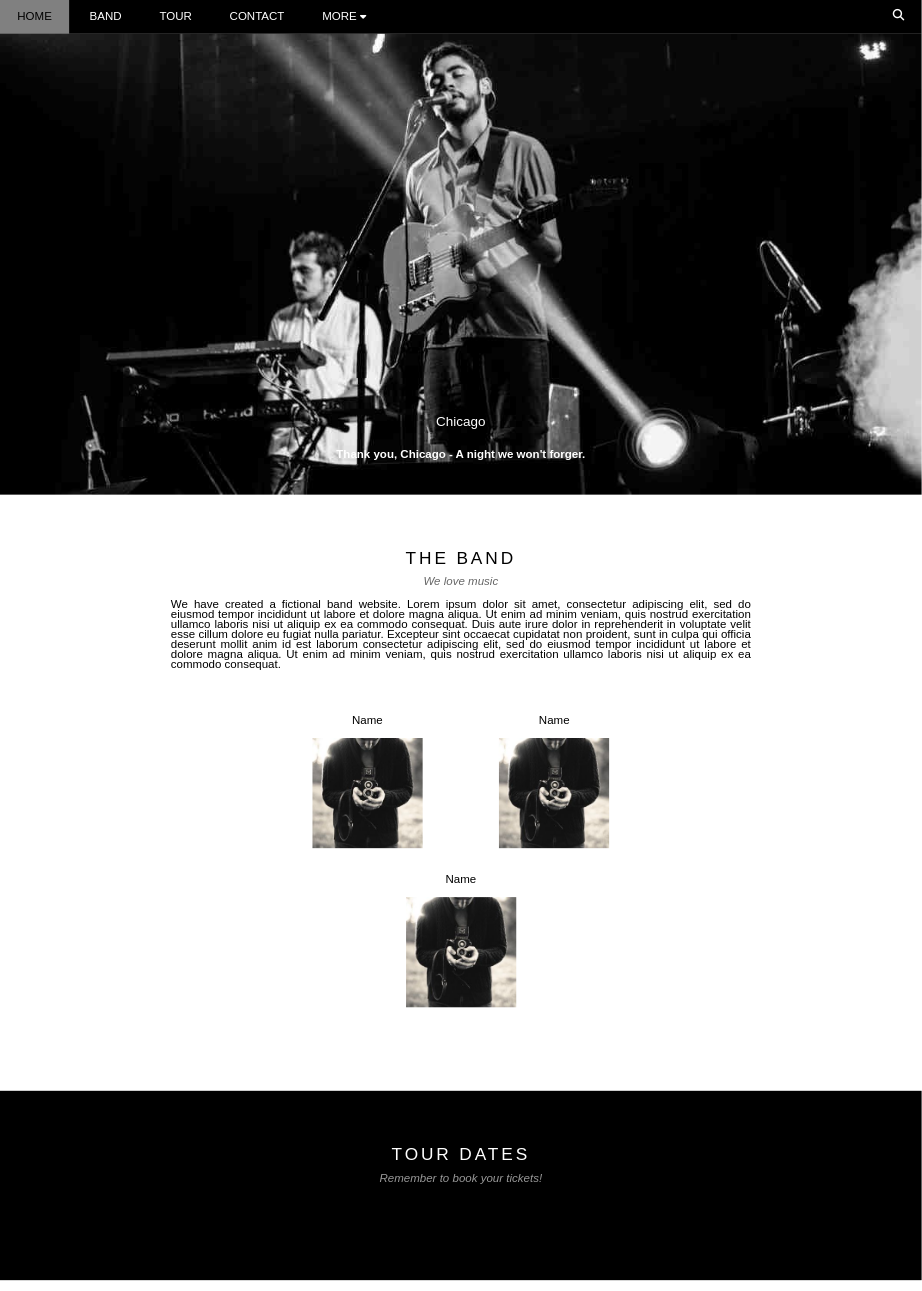
Repository: ngotranphuongbao/theband
Page: index.html
An editor plug-in stored every save of this project. The page is shown before and after the next save, followed by the edit.
The browser window is 1280 px wide. The pictures show the whole page, at 72% of full size.
Some web libraries are served in a nearby version.

Above is the page before, as saved 2022-12-21 02:19:05.

### index.html
<!DOCTYPE html>
<html lang="en">
<head>
    <meta charset="UTF-8">
    <meta http-equiv="X-UA-Compatible" content="IE=edge">
    <meta name="viewport" content="width=device-width, initial-scale=1.0">
    <title>Document</title>
    <link rel="stylesheet" href="./assets/css/style.css">
    <script src="https://kit.fontawesome.com/55a0c61423.js" crossorigin="anonymous"></script>
</head>
<body>
    <div id="main">
        <div id="header">
            <ul class="nav">
                <li><a href="">Home</a></li>
                <li><a href="">Band</a></li>
                <li><a href="">Tour</a></li>
                <li><a href="">Contact</a></li>
                <li>
                    <a href="">
                        More
                        <i class="fa-solid fa-caret-down"></i>
                    </a>
                    <ul class="subnav">
                        <li><a href="">Merchandise</a></li>
                        <li><a href="">Extras</a></li>
                        <li><a href="">Media</a></li>
                    </ul>
                </li>
            </ul>

            <div id="search-icon">
                <i class="fa-solid fa-magnifying-glass"></i>
            </div>
        </div>

        <div id="slider">
            <div id="slider-content">
                <h3>Chicago</h3>
                <p>
                    <b>Thank you, Chicago - A night we won't forger.</b>
                </p>
            </div>
        </div>

        <div id="content">
            <div id="the-band">
                <div class="section-name">
                    <h2 class="name">The Band</h2>
                    <p class="slogan">We love music</p>
                </div>
                <p id="the-band-content">We have created a fictional band website. Lorem ipsum dolor sit amet, consectetur adipiscing elit, sed do eiusmod tempor incididunt ut labore et dolore magna aliqua. Ut enim ad minim veniam, quis nostrud exercitation ullamco laboris nisi ut aliquip ex ea commodo consequat. Duis aute irure dolor in reprehenderit in voluptate velit esse cillum dolore eu fugiat nulla pariatur. Excepteur sint occaecat cupidatat non proident, sunt in culpa qui officia deserunt mollit anim id est laborum consectetur adipiscing elit, sed do eiusmod tempor incididunt ut labore et dolore magna aliqua. Ut enim ad minim veniam, quis nostrud exercitation ullamco laboris nisi ut aliquip ex ea commodo consequat.</p>
                <div id="member">
                    <div class="member-info">
                        <p class="member-nick">Name</p>
                        <img class="member-photo" src="/assets/image/member/bandmember.jpg" alt="">
                    </div>
                    <div class="member-info">
                        <p class="member-nick">Name</p>
                        <img class="member-photo" src="/assets/image/member/bandmember.jpg" alt="">
                    </div>
                    <div class="member-info">
                        <p class="member-nick">Name</p>
                        <img class="member-photo" src="/assets/image/member/bandmember.jpg" alt="">
                    </div>
                </div>
            </div>

            <div id="tour-dates">
                <div class="section-name">
                    <h2 class="name">Tour dates</h2>
                    <p class="slogan">Remember to book your tickets!</p>
                </div>

                <ul id="book-date">
                    <li></li>
                    <li></li>
                    <li></li>
                </ul>

            </div>

            <div id="contact">
                <div class="section-name">
                    <h2 class="name"></h2>
                    <p class="slogan"></p>
                </div>
            </div>

            <div id="map">

            </div>


        </div>

        <div id="footer">

        </div>
    </div>

</body>
</html>

### assets/css/style.css
* {
    padding: 0px;
    margin: 0px;
    box-sizing: border-box;
}

html {
    font-family: Arial, Helvetica, sans-serif;
}

#main {

}

#header {
    height: 46.5px;
    background-color: black;
}

.nav {
    display: inline-block;
}

.nav > li {
    display: inline-block;
    padding: 12px 24px;
    position: relative;
}

.nav > li > a {
    text-decoration: none;
    text-transform: uppercase;
    color: white;
    line-height: 22.5px;
}

.nav > li:hover {
    background-color: grey;
}

.nav > li:hover > a {
    color: black;

}

.subnav {
    display: none;
    position: absolute;
    top: 46.5px;
    left: 0px;
    box-shadow: 0px 0px 10px rgba(0, 0, 0, 0.3);
}

.subnav > li {
    display: inline-block;
    padding: 8px 16px;
    width: 100%;
}

.subnav > li > a {
    text-decoration: none;
    color: black;
}

.subnav > li:hover {
    background-color: grey;
}

.nav > li:hover .subnav {
    display: block;
}

.fa-caret-down {
    font-size: 14px;
}

#search-icon {
    float: right;
    padding: 12px 24px;
    cursor: pointer;
}

.fa-magnifying-glass {
    color: white;
    line-height: 22.5px;
}

#search-icon:hover {
    background-color: red;
}


#slider {
    position: relative;
    padding-top: 50%;
    background: url(/assets/image/slider/chicago.jpg) top center / cover no-repeat;

}

#slider-content {
    position: absolute;
    bottom: 47px;
    width: 100%;
    color: white;
    text-align: center;
}

#slider-content h3 {
    font-weight: 400;
}

#slider-content p {
    margin-top: 25px;
}

#content {

}

#the-band {
    margin: 0px 221.2px;
    padding: 64px 16px;
}

.section-name {
    text-align: center;

}

.section-name .name {
    margin: 10px;
    text-transform: uppercase;
    letter-spacing: 4px;
    font-weight: 400;
}

.section-name .slogan {
    margin-bottom: 15px;
    font-style: italic;
    opacity: 0.6;
}

#the-band-content {
    text-align: justify;
    margin-bottom: 15px;
    line-height: 14px;
}

#member {
    text-align: center;
    padding: 32px;
}

.member-info {
    display: inline-block;
}

.member-photo {
    width: 60%;
    margin-bottom: 16px;
}

.member-nick {
    margin: 15px;
}

#tour-dates {
    padding: 64px 16px;
    background-color: black;
}

#tour-dates .section-name {
    color: white;
}

#footer {

}

After the next save:
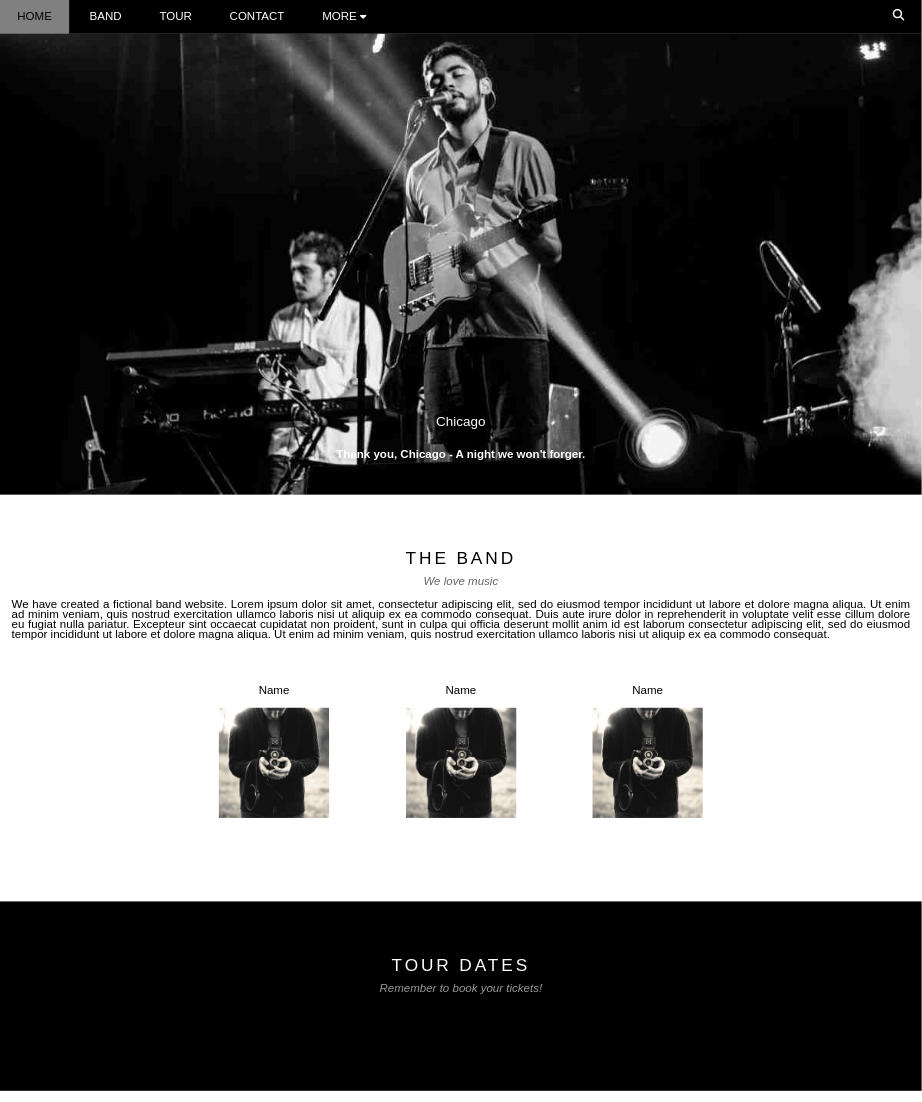
Saved 35 s later.
--- a/assets/css/style.css
+++ b/assets/css/style.css
@@ -118,7 +118,7 @@ html {
 }
 
 #the-band {
-    margin: 0px 221.2px;
+    margin: 0px auto;
     padding: 64px 16px;
 }
 
